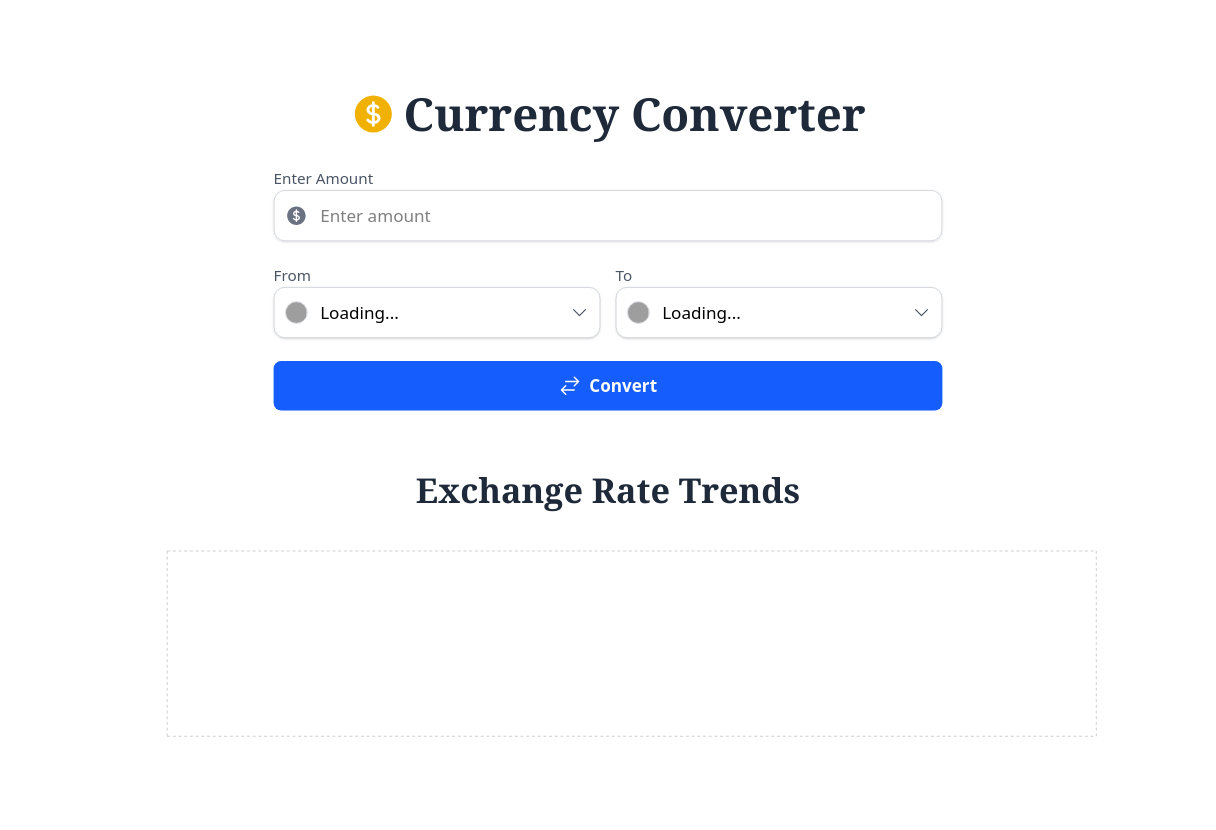
Repository: adrcstro/withcenter_developer_exam
Page: /
The author's editor kept a copy of each file at every save. The page is drawn from the files as they stood at one save, then again after the next save.
The browser window is 1280 px wide. The pictures show the whole page, at 95% of full size.
Pictures or frames that could not be fetched are drawn as grey boxes. The page's requests for data from a server got no answer. The project was rebuilt for these pictures with package versions that can differ from the ones it lists, and the page was loaded fresh each time. No one was signed in, and anything a server would have sent is missing. Also part of the build but not shown: vite.config.ts.

Above is the page before, as saved 2025-03-20 08:59:38.

### index.html
<!doctype html>
<html lang="en">
  <head>
    <meta charset="UTF-8" />
    <link rel="icon" type="image/svg+xml" href="/vite.svg" />
    <meta name="viewport" content="width=device-width, initial-scale=1.0" />
    <title>Vite + React + TS</title>
    <!-- public/index.html -->
  <link href="https://fonts.googleapis.com/css2?family=Montserrat:wght@300;400;500;700&display=swap" rel="stylesheet">


  </head>
  <body>
    <div id="root"></div>
    <script type="module" src="/src/main.tsx"></script>
  </body>
</html>

### src/main.tsx

import { createRoot } from 'react-dom/client'
import './index.css'
import App from './App.tsx'

createRoot(document.getElementById('root')!).render(

    <App />

)

### src/App.tsx
import { Provider } from "react-redux";
import { QueryClient, QueryClientProvider } from "@tanstack/react-query";
import { store } from "./Store/store";
import { useAppDispatch, useAppSelector } from "./Store/hooks";
import { setAmount, setFromCurrency, setToCurrency, setConvertedAmount } from "./Store/exchangeRateSlice";
import { useExchangeRates, useSupportedCurrencies } from "./Store/useExchangeRates";
import { ArrowsRightLeftIcon, CurrencyDollarIcon } from "@heroicons/react/24/solid";
import { AreaChart, Area, XAxis, YAxis, CartesianGrid, Tooltip, ResponsiveContainer } from "recharts";
import { ChevronDownIcon } from "@heroicons/react/24/solid"; // Import Heroicons
const queryClient = new QueryClient();
interface Currency {
  code: string;
  name: string;
}
const currencyToCountryCode: Record<string, string> = {
  USD: "us", EUR: "eu", GBP: "gb", JPY: "jp", AUD: "au", CAD: "ca", CHF: "ch", CNY: "cn",
  INR: "in", BRL: "br", ZAR: "za", MXN: "mx", AED: "ae", AFN: "af", ALL: "al", AMD: "am",
  ANG: "an", AOA: "ao", ARS: "ar", AWG: "aw", AZN: "az", BBD: "bb", BDT: "bd", BGN: "bg",
  BHD: "bh", BIF: "bi", BMD: "bm", BND: "bn", BOB: "bo", BSD: "bs", BTN: "bt", BWP: "bw",
  BYN: "by", BZD: "bz", CLP: "cl", COP: "co", CRC: "cr", CUP: "cu", CVE: "cv", CZK: "cz",
  DJF: "dj", DKK: "dk", DOP: "do", DZD: "dz", EGP: "eg", ERN: "er", ETB: "et", FJD: "fj",
  FKP: "fk", FOK: "fo", GEL: "ge", GGP: "gg", GHS: "gh", GIP: "gi", GMD: "gm", GNF: "gn",
  GTQ: "gt", GYD: "gy", HKD: "hk", HNL: "hn", HRK: "hr", HTG: "ht", HUF: "hu", IDR: "id",
  ILS: "il", ISK: "is", JMD: "jm", JOD: "jo", KES: "ke", KGS: "kg", KHR: "kh", KMF: "km",
  KRW: "kr", KWD: "kw", KYD: "ky", KZT: "kz", LAK: "la", LBP: "lb", LKR: "lk", LRD: "lr",
  LSL: "ls", LYD: "ly", MAD: "ma", MDL: "md", MGA: "mg", MKD: "mk", MMK: "mm", MNT: "mn",
  MOP: "mo", MRU: "mr", MUR: "mu", MVR: "mv", MWK: "mw", MYR: "my", MZN: "mz", NAD: "na",
  NGN: "ng", NIO: "ni", NOK: "no", NPR: "np", NZD: "nz", OMR: "om", PAB: "pa", PEN: "pe",
  PGK: "pg", PHP: "ph", PKR: "pk", PLN: "pl", PYG: "py", QAR: "qa", RON: "ro", RSD: "rs",
  RUB: "ru", RWF: "rw", SAR: "sa", SBD: "sb", SCR: "sc", SDG: "sd", SEK: "se", SGD: "sg",
  SHP: "sh", SLL: "sl", SOS: "so", SRD: "sr", SSP: "ss", STN: "st", SYP: "sy", SZL: "sz",
  THB: "th", TJS: "tj", TMT: "tm", TND: "tn", TOP: "to", TRY: "tr", TTD: "tt", TZS: "tz",
  UAH: "ua", UGX: "ug", UYU: "uy", UZS: "uz", VES: "ve", VND: "vn", VUV: "vu", WST: "ws",
  XAF: "cm", XCD: "ag", XOF: "bj", XPF: "pf", YER: "ye", ZMW: "zm", ZWL: "zw",
};


const getFlagUrl = (currencyCode: string) => {
  const countryCode = currencyToCountryCode[currencyCode] || currencyCode.toLowerCase();
  return `https://flagcdn.com/w40/${countryCode}.png`;
};

function CurrencyConverter() {
  const dispatch = useAppDispatch();
  const { fromCurrency, toCurrency, amount, convertedAmount } = useAppSelector((state) => state.exchangeRates);

  const { data: exchangeRates } = useExchangeRates(fromCurrency);
  const { data: currencies, isLoading } = useSupportedCurrencies();

  const handleConvert = () => {
    if (!exchangeRates) return;
    const rate = exchangeRates[toCurrency] || 1;
    dispatch(setConvertedAmount((parseFloat(amount) * rate).toFixed(2)));
  };

  const chartData = exchangeRates
    ? Object.entries(exchangeRates).map(([currency, rate]) => ({ currency, rate }))
    : [];

  return (
    <div className="flex flex-col bg-white justify-center p-8 items-center lg:p-16 md:p-12 min-h-screen">
    <div className="flex flex-col justify-center w-full items-center max-w-[2000px] md:px-8 px-4">


    <div className="bg-white p-4 rounded-xl w-full max-w-3xl md:p-8 sm:p-6">
  <h2 className="flex justify-center text-center text-gray-800 text-xl font-semibold font-serif gap-2 items-center lg:mb-8 lg:text-5xl mb-4 md:mb-6 md:text-4xl sm:mb-5 sm:text-2xl">
    <CurrencyDollarIcon className="h-5 text-yellow-500 w-5 lg:h-12 lg:w-12 md:h-10 md:w-10 sm:h-6 sm:w-6" />
    Currency Converter
  </h2>

  <div className="w-full mb-4 md:mb-6">
    <label className="text-gray-600 text-sm block font-medium sm:text-base">Enter Amount</label>
    <div className="relative">
      <input
        type="number"
        value={amount}
        onChange={(e) => dispatch(setAmount(e.target.value))}
        className="border border-gray-300 rounded-xl shadow-sm text-sm w-full duration-200 focus:outline-none focus:ring-2 focus:ring-blue-500 md:pl-12 md:text-lg pl-8 pr-4 py-2 sm:pl-10 sm:py-3 sm:text-base transition-all"
        placeholder="Enter amount"
      />
      <CurrencyDollarIcon className="h-5 text-gray-500 w-5 -translate-y-1/2 absolute left-3 sm:h-6 sm:w-6 top-1/2" />
    </div>
  </div>

  <div className="flex flex-col gap-4 md:flex-row md:mb-6">
    {/* From Currency */}
    <div className="w-full md:w-1/2">
      <label className="text-gray-600 text-sm block font-medium sm:text-base">From</label>
      <div className="flex items-center relative">
        <img src={getFlagUrl(fromCurrency)} alt={fromCurrency} className="border border-gray-300 h-4 rounded-full w-4 absolute left-3 md:h-6 md:w-6 sm:h-5 sm:w-5" />
        <select
          value={fromCurrency}
          onChange={(e) => dispatch(setFromCurrency(e.target.value))}
          className="bg-white border border-gray-300 rounded-xl shadow-sm text-sm w-full appearance-none duration-200 focus:outline-none focus:ring-2 focus:ring-blue-500 md:pl-12 md:pr-10 md:text-lg pl-8 pr-6 py-2 sm:pl-10 sm:pr-8 sm:py-3 sm:text-base transition-all"
        >
          {isLoading ? (
            <option>Loading...</option>
          ) : (
            currencies?.map(({ code, name }: Currency) => (
              <option key={code} value={code}>
                {code} - {name}
              </option>
            ))
          )}
        </select>
        <ChevronDownIcon className="h-4 text-gray-600 w-4 absolute pointer-events-none right-3 sm:h-5 sm:w-5" />
      </div>
    </div>

    {/* To Currency */}
    <div className="w-full md:w-1/2">
      <label className="text-gray-600 text-sm block font-medium sm:text-base">To</label>
      <div className="flex items-center relative">
        <img src={getFlagUrl(toCurrency)} alt={toCurrency} className="border border-gray-300 h-4 rounded-full w-4 absolute left-3 md:h-6 md:w-6 sm:h-5 sm:w-5" />
        <select
          value={toCurrency}
          onChange={(e) => dispatch(setToCurrency(e.target.value))}
          className="bg-white border border-gray-300 rounded-xl shadow-sm text-sm w-full appearance-none duration-200 focus:outline-none focus:ring-2 focus:ring-blue-500 md:pl-12 md:pr-10 md:text-lg pl-8 pr-6 py-2 sm:pl-10 sm:pr-8 sm:py-3 sm:text-base transition-all"
        >
          {isLoading ? (
            <option>Loading...</option>
          ) : (
            currencies?.map(({ code, name }: Currency) => (
              <option key={code} value={code}>
                {code} - {name}
              </option>
            ))
          )}
        </select>
        <ChevronDownIcon className="h-4 text-gray-600 w-4 absolute pointer-events-none right-3 sm:h-5 sm:w-5" />
      </div>
    </div>
  </div>

  <button
    onClick={handleConvert}
    className="flex bg-blue-600 justify-center rounded-lg text-sm text-white w-full duration-300 font-semibold gap-2 hover:bg-blue-700 items-center md:text-lg mt-4 py-2 sm:py-3 sm:text-base transition"
  >
    <ArrowsRightLeftIcon className="h-5 w-5 sm:h-6 sm:w-6" />
    Convert
  </button>

  {convertedAmount && (
    <div className="text-center md:mt-6 mt-4 sm:mt-5">
      <p className="text-base text-gray-800 md:text-xl sm:text-lg">
        {amount} {fromCurrency} = <span className="text-green-600 font-bold">{convertedAmount} {toCurrency}</span>
      </p>
    </div>
  )}
</div>


    </div>

    {/* Chart Section */}
    <div className="w-full max-w-7xl md:mt-8 md:px-8 mt-6 px-4">
      <h2 className="flex justify-center text-3xl text-center text-gray-800 font-semibold font-serif gap-2 items-center mb-4 md:mb-6 md:text-4xl">
        Exchange Rate Trends
      </h2>
      <ResponsiveContainer width="100%" height={250}>
        <AreaChart data={chartData} margin={{ top: 20, right: 30, left: 20, bottom: 5 }}>
          <CartesianGrid strokeDasharray="3 3" />
          <XAxis dataKey="currency" />
          <YAxis />
          <Tooltip />
          <Area type="monotone" dataKey="rate" stroke="#8884d8" fill="#8884d8" />
        </AreaChart>
      </ResponsiveContainer>
    </div>
  </div>
  );
}
export default function App() {
  return (
    <Provider store={store}>
      <QueryClientProvider client={queryClient}>
        <CurrencyConverter />
      </QueryClientProvider>
    </Provider>
  );
}

### src/Store/store.ts
// src/store/store.ts
import { configureStore } from "@reduxjs/toolkit";
import exchangeRateReducer from "./exchangeRateSlice";

export const store = configureStore({
  reducer: {
    exchangeRates: exchangeRateReducer,
  },
});

export type RootState = ReturnType<typeof store.getState>;
export type AppDispatch = typeof store.dispatch;

### src/Store/hooks.ts

import { TypedUseSelectorHook, useDispatch, useSelector } from "react-redux";
import type { RootState, AppDispatch } from "./store";

export const useAppDispatch: () => AppDispatch = useDispatch;
export const useAppSelector: TypedUseSelectorHook<RootState> = useSelector;

### src/Store/exchangeRateSlice.ts
// src/store/exchangeRateSlice.ts
import { createSlice, PayloadAction } from "@reduxjs/toolkit";

interface ExchangeRateState {
  fromCurrency: string;
  toCurrency: string;
  amount: string;
  convertedAmount: string;
}

const initialState: ExchangeRateState = {
  fromCurrency: "USD",
  toCurrency: "EUR",
  amount: "",
  convertedAmount: "",
};

const exchangeRateSlice = createSlice({
  name: "exchangeRate",
  initialState,
  reducers: {
    setFromCurrency: (state, action: PayloadAction<string>) => {
      state.fromCurrency = action.payload;
    },
    setToCurrency: (state, action: PayloadAction<string>) => {
      state.toCurrency = action.payload;
    },
    setAmount: (state, action: PayloadAction<string>) => {
      state.amount = action.payload;
    },
    setConvertedAmount: (state, action: PayloadAction<string>) => {
      state.convertedAmount = action.payload;
    },
  },
});

export const { setFromCurrency, setToCurrency, setAmount, setConvertedAmount } = exchangeRateSlice.actions;
export default exchangeRateSlice.reducer;

### src/Store/useExchangeRates.ts
import { useQuery } from "@tanstack/react-query";
import axios from "axios";

const API_KEY = import.meta.env.VITE_EXCHANGE_RATE_API_KEY;
const BASE_URL = "https://v6.exchangerate-api.com/v6";

const fetchCurrencies = async () => {
  const response = await axios.get(`${BASE_URL}/${API_KEY}/codes`);
  return response.data.supported_codes.map(([code, name]: [string, string]) => ({
    code,
    name,
  }));
};
const fetchExchangeRates = async (fromCurrency: string) => {
  const response = await axios.get(`${BASE_URL}/${API_KEY}/latest/${fromCurrency}`);
  return response.data.conversion_rates;
};
export const useExchangeRates = (fromCurrency: string) => {
  return useQuery({
    queryKey: ["exchangeRates", fromCurrency],
    queryFn: () => fetchExchangeRates(fromCurrency),
    staleTime: 1000 * 60 * 10, // 10 minutes cache
  });
};
export const useSupportedCurrencies = () => {
  return useQuery({
    queryKey: ["supportedCurrencies"],
    queryFn: fetchCurrencies,
    staleTime: Infinity,
  });
};

Loaded but not shown: src/index.css (common file)

After the next save:
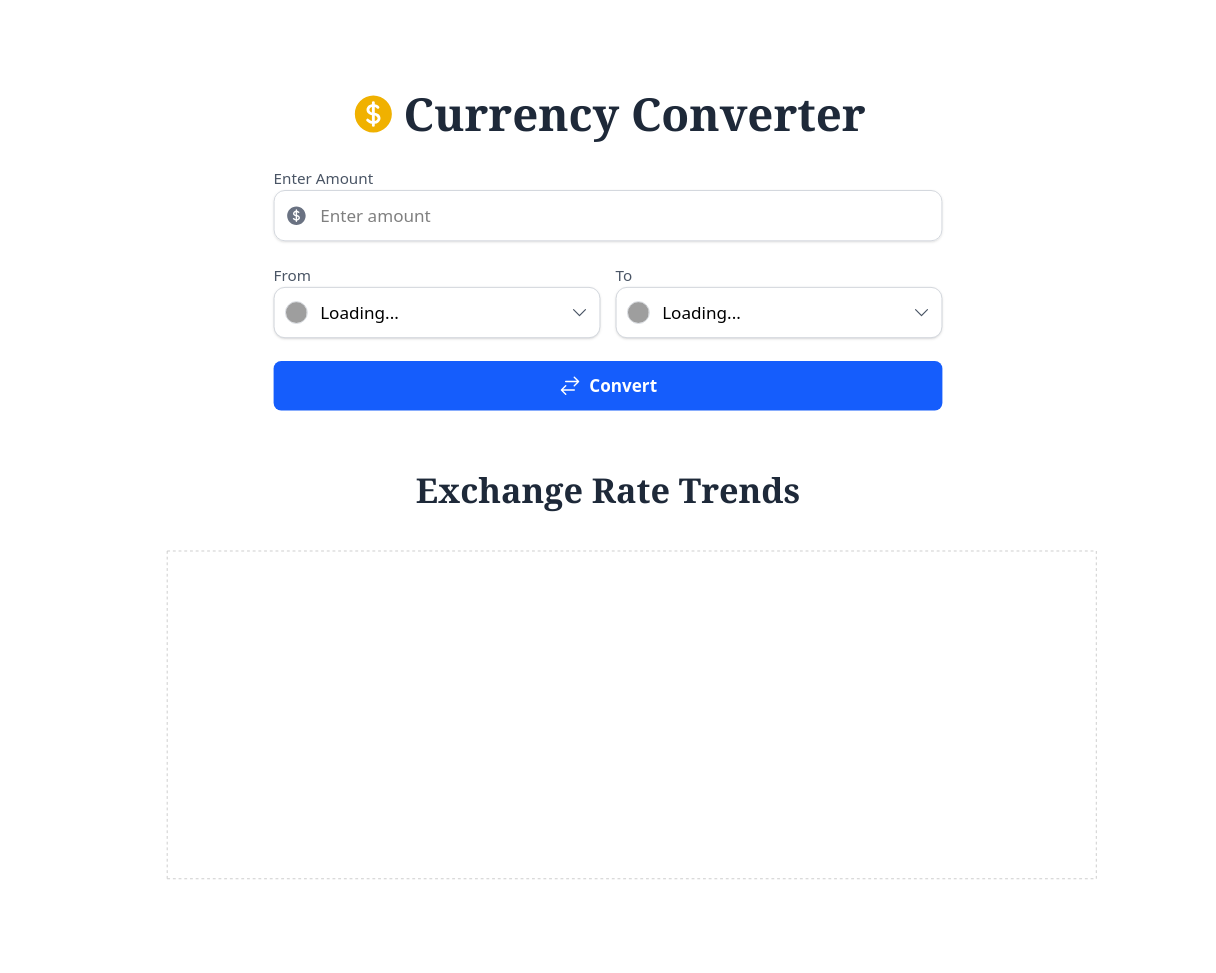
Saved 56 s later.
--- a/src/App.tsx
+++ b/src/App.tsx
@@ -153,20 +153,26 @@ function CurrencyConverter() {
     </div>
 
     {/* Chart Section */}
-    <div className="w-full max-w-7xl md:mt-8 md:px-8 mt-6 px-4">
-      <h2 className="flex justify-center text-3xl text-center text-gray-800 font-semibold font-serif gap-2 items-center mb-4 md:mb-6 md:text-4xl">
-        Exchange Rate Trends
-      </h2>
-      <ResponsiveContainer width="100%" height={250}>
-        <AreaChart data={chartData} margin={{ top: 20, right: 30, left: 20, bottom: 5 }}>
-          <CartesianGrid strokeDasharray="3 3" />
-          <XAxis dataKey="currency" />
-          <YAxis />
-          <Tooltip />
-          <Area type="monotone" dataKey="rate" stroke="#8884d8" fill="#8884d8" />
-        </AreaChart>
-      </ResponsiveContainer>
-    </div>
+    <div className="w-full max-w-7xl mt-6 px-4 md:mt-8 md:px-8">
+  <h2 className="flex justify-center text-2xl sm:text-3xl md:text-4xl text-center text-gray-800 font-semibold font-serif gap-2 items-center mb-4 md:mb-6">
+    Exchange Rate Trends
+  </h2>
+  <div className="w-full h-[250px] sm:h-[300px] md:h-[350px] lg:h-[400px]">
+    <ResponsiveContainer width="100%" height="100%">
+      <AreaChart
+        data={chartData}
+        margin={{ top: 20, right: 30, left: 20, bottom: 5 }}
+      >
+        <CartesianGrid strokeDasharray="3 3" />
+        <XAxis dataKey="currency" />
+        <YAxis />
+        <Tooltip />
+        <Area type="monotone" dataKey="rate" stroke="#8884d8" fill="#8884d8" />
+      </AreaChart>
+    </ResponsiveContainer>
+  </div>
+</div>
+
   </div>
   );
 }
